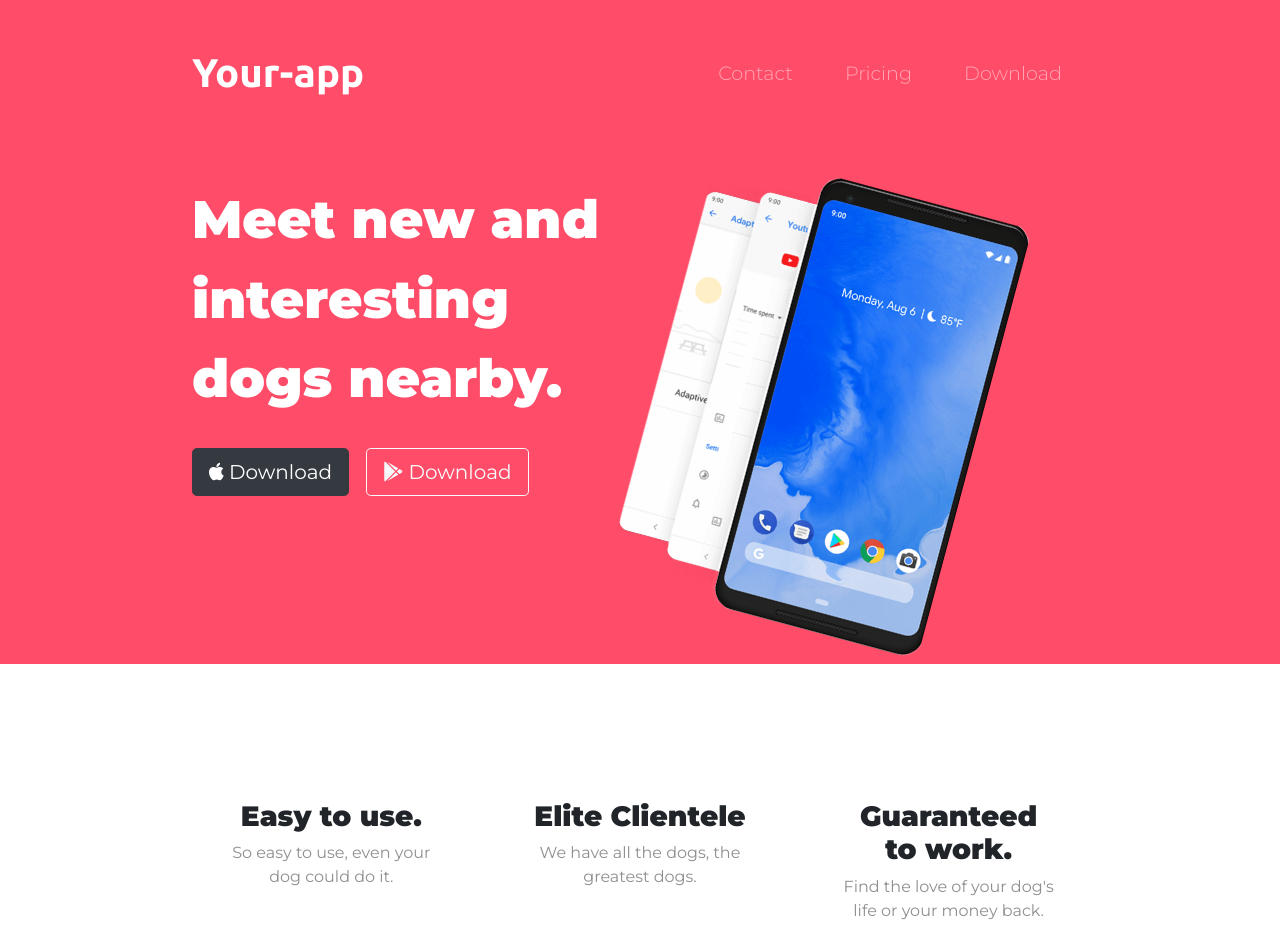
Repository: Isanderr/Simple_landing_page_2-Bootstrap4
Page: index.html
An editor plug-in stored every save of this project. The page is shown before and after the next save, followed by the edit.
The browser window is 1280 px wide. The pictures show the part of the page from y = 0 to 952 px (the page is 2538 px tall).
A picture or video elsewhere on the page could not be fetched, so the positions and the page height are approximate. Some web libraries are served in a nearby version.

Above is the page before, as saved 2019-02-02 22:50:07.

### index.html
<!DOCTYPE html>
<html>

  <head>
    <meta charset="utf-8">
    <meta name="viewport" content="width=device-width, initial-scale=1, shrink-to-fit=no">
    <title>App-landingpage</title>
    <link rel="stylesheet" href="https://stackpath.bootstrapcdn.com/bootstrap/4.2.1/css/bootstrap.min.css" integrity="sha384-GJzZqFGwb1QTTN6wy59ffF1BuGJpLSa9DkKMp0DgiMDm4iYMj70gZWKYbI706tWS"
      crossorigin="anonymous">
    <link rel="stylesheet" href="css/styles.css">
    <link rel="stylesheet" href="https://use.fontawesome.com/releases/v5.7.1/css/all.css" integrity="sha384-fnmOCqbTlWIlj8LyTjo7mOUStjsKC4pOpQbqyi7RrhN7udi9RwhKkMHpvLbHG9Sr"
      crossorigin="anonymous">
    <link href="https://fonts.googleapis.com/css?family=Montserrat:300,400,900|Ubuntu:400,700" rel="stylesheet">
  </head>

  <body>
    <section id="title">
      <div class="container-fluid">
        <!-- Nav Bar -->
        <nav class="navbar navbar-expand-lg navbar-dark ">
          <a class="navbar-brand" href="">Your-app</a>
          <button class="navbar-toggler" type="button" data-toggle="collapse" data-target="#navbarTogglerDemo02">
            <span class="navbar-toggler-icon"></span>
          </button>
          <div class="collapse navbar-collapse" id="navbarTogglerDemo02">
            <ul class="navbar-nav ml-auto">
              <li class="nav-item">
                <a class="nav-link" href="">Contact</a>
              </li>
              <li class="nav-item">
                <a class="nav-link" href="">Pricing</a>
              </li>
              <li class="nav-item">
                <a class="nav-link" href="">Download</a>
              </li>
            </ul>
          </div>
        </nav>
        <!-- Title -->
        <div class="row">
          <div class="col-lg-6">
            <h1>Meet new and interesting dogs nearby.</h1>
            <button type="button" class="btn btn-dark btn-lg download-btn"><i class="fab fa-apple"></i> Download</button>
            <button type="button" class="btn btn-outline-light btn-lg download-btn"><i class="fab fa-google-play"></i>
              Download</button>
          </div>
          <div class="col-lg-6">
            <img src="images/android-phone.png" alt="andoind-phone" class="title-img">
          </div>
        </div>
      </div>
    </section>
    <!-- Features -->
    <section id="features">
      <div class="row">
        <div class="feature-box col-lg-4">
          <h3>Easy to use.</h3>
          <p>So easy to use, even your dog could do it.</p>
        </div>
        <div class="feature-box col-lg-4">
          <h3>Elite Clientele</h3>
          <p>We have all the dogs, the greatest dogs.</p>
        </div>
        <div class="feature-box col-lg-4">
          <h3>Guaranteed to work.</h3>
          <p>Find the love of your dog's life or your money back.</p>
        </div>
      </div>
    </section>
    <!-- Testimonials -->
    <section id="testimonials">
      <h2>I no longer have to sniff other dogs for love. I've found the hottest Corgi on TinDog. Woof.</h2>
      <img src="images/dog-img.jpg" alt="dog-profile">
      <em>Pebbles, New York</em>
      <!-- <h2 class="testimonial-text">My dog used to be so lonely, but with TinDog's help, they've found the love of their life. I think.</h2>
    <img class="testimonial-image" src="images/lady-img.jpg" alt="lady-profile">
    <em>Beverly, Illinois</em> -->
    </section>
    <!-- Press -->
    <section id="press">
      <img src="images/techcrunch.png" alt="tc-logo">
      <img src="images/tnw.png" alt="tnw-logo">
      <img src="images/bizinsider.png" alt="biz-insider-logo">
      <img src="images/mashable.png" alt="mashable-logo">
    </section>
    <!-- Pricing -->
    <section id="pricing">
      <h2>A Plan for Every Dog's Needs</h2>
      <p>Simple and affordable price plans for your and your dog.</p>
      <h3>Chihuahua</h3>
      <h2>Free</h2>
      <p>5 Matches Per Day</p>
      <p>10 Messages Per Day</p>
      <p>Unlimited App Usage</p>
      <button type="button">Sign Up</button>
      <h3>Labrador</h3>
      <h2>$49 / mo</h2>
      <p>Unlimited Matches</p>
      <p>Unlimited Messages</p>
      <p>Unlimited App Usage</p>
      <button type="button">Sign Up</button>
      <h3>Mastiff</h3>
      <h2>$99 / mo</h2>
      <p>Pirority Listing</p>
      <p>Unlimited Matches</p>
      <p>Unlimited Messages</p>
      <p>Unlimited App Usage</p>
      <button type="button">Sign Up</button>
    </section>
    <!-- Call to Action -->
    <section id="cta">
      <h3>Find the True Love of Your Dog's Life Today.</h3>
      <button type="button">Download</button>
      <button type="button">Download</button>
    </section>
    <!-- Footer -->
    <footer id="footer">
      <p>© Copyright 2018 TinDog</p>
    </footer>
    <script src="https://code.jquery.com/jquery-3.3.1.slim.min.js" integrity="sha384-q8i/X+965DzO0rT7abK41JStQIAqVgRVzpbzo5smXKp4YfRvH+8abtTE1Pi6jizo"
      crossorigin="anonymous"></script>
    <script src="https://cdnjs.cloudflare.com/ajax/libs/popper.js/1.14.6/umd/popper.min.js" integrity="sha384-wHAiFfRlMFy6i5SRaxvfOCifBUQy1xHdJ/yoi7FRNXMRBu5WHdZYu1hA6ZOblgut"
      crossorigin="anonymous"></script>
    <script src="https://stackpath.bootstrapcdn.com/bootstrap/4.2.1/js/bootstrap.min.js" integrity="sha384-B0UglyR+jN6CkvvICOB2joaf5I4l3gm9GU6Hc1og6Ls7i6U/mkkaduKaBhlAXv9k"
      crossorigin="anonymous"></script>
  </body>

</html>

### css/styles.css
/* font-family: 'Ubuntu', sans-serif;
font-family: 'Montserrat', sans-serif; */

body {
    font-family: 'Montserrat', sans-serif;
}

#title {
    background-color: #ff4c68;
    color: #ffffff;
}

.container-fluid{
    padding: 3% 15%;
}

h1 {
    font-family: 'Montserrat', sans-serif;
    font-weight: 900;
    font-size: 3.3rem;
    line-height: 1.5;
}

h3 {
    font-family: 'Montserrat', sans-serif;
    font-weight: 900;
}

p {
    color: #8f8f8f;
}

/* Nav */

.navbar {
    padding: 0 0 4.5rem;
}

.navbar-brand{
    font-family: 'Ubuntu', sans-serif;
    font-size: 2.5rem;
    font-weight: 900;
}

.nav-item {
    padding: 0 18px;
}

.nav-link {
    font-size: 1.2rem;
    font-weight: 300;
}

/* download buttons */

.download-btn {
    margin: 5% 3% 5% 0;
}

/* title img */

.title-img {
    width: 75%;
    transform: rotate(15deg);
}

/* features */

#features {
    padding: 7% 15%;
}

.feature-box {
    text-align: center;
    padding: 5%;
}

After the next save:
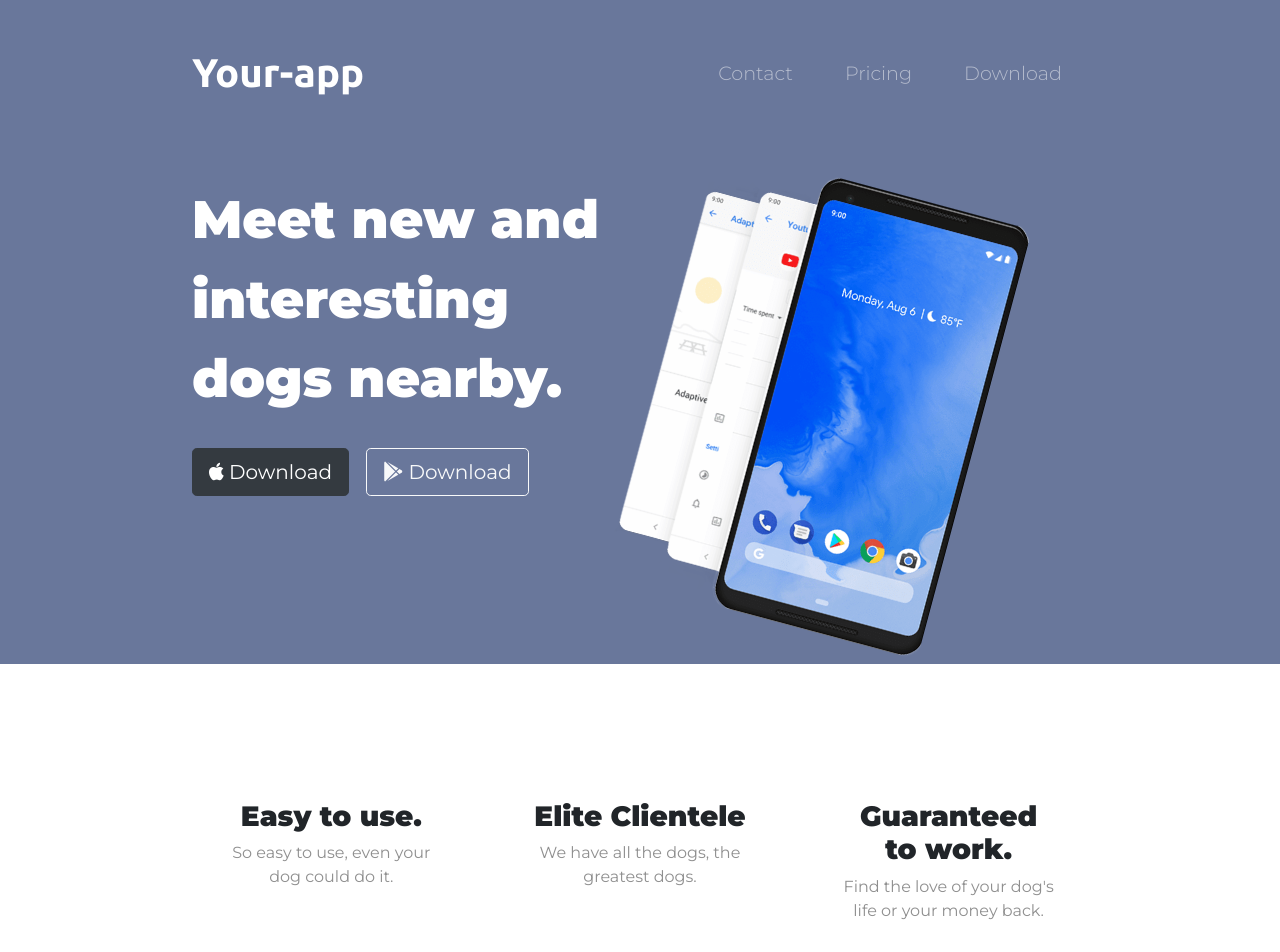
Saved 101 s later.
--- a/css/styles.css
+++ b/css/styles.css
@@ -6,7 +6,7 @@
 }
 
 #title {
-    background-color: #ff4c68;
+    background-color: #69779b;
     color: #ffffff;
 }
 
